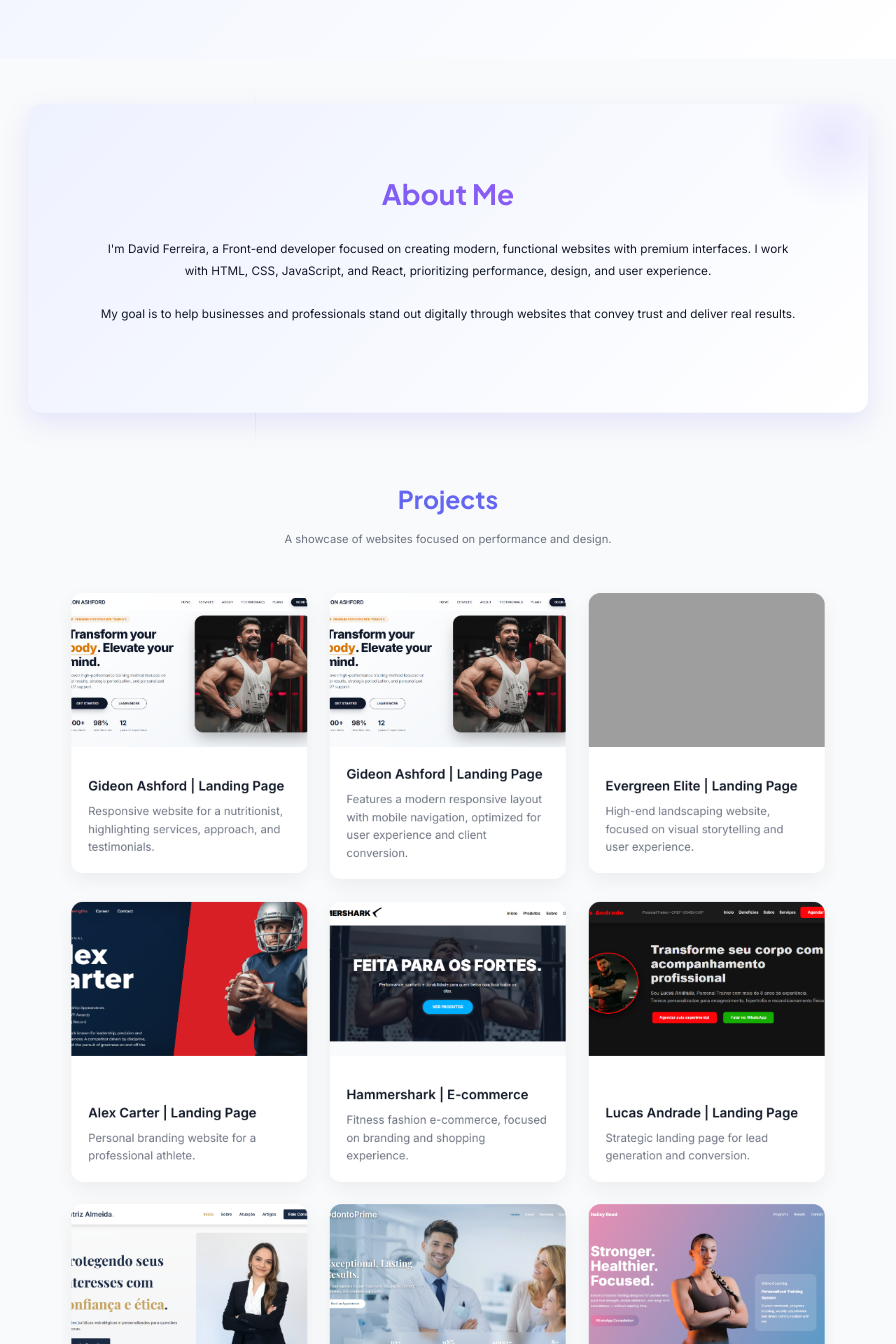
Repository: davidfsillva/portifolio
Page: index.html
These files come from the project's save history. The page is drawn as it stood at one moment and after a run of saves; the edit follows.
The browser window is 1280 px wide. The pictures show the part of the page from y = 636 to 2556 px (the page is 3385 px tall), at 70% of full size.
Pictures or frames that could not be fetched are drawn as grey boxes.

Above is the page before, as saved 2026-02-19 16:45:58.
Console error: TypeError: Cannot read properties of null (reading 'addEventListener')

After the next 2 saves:
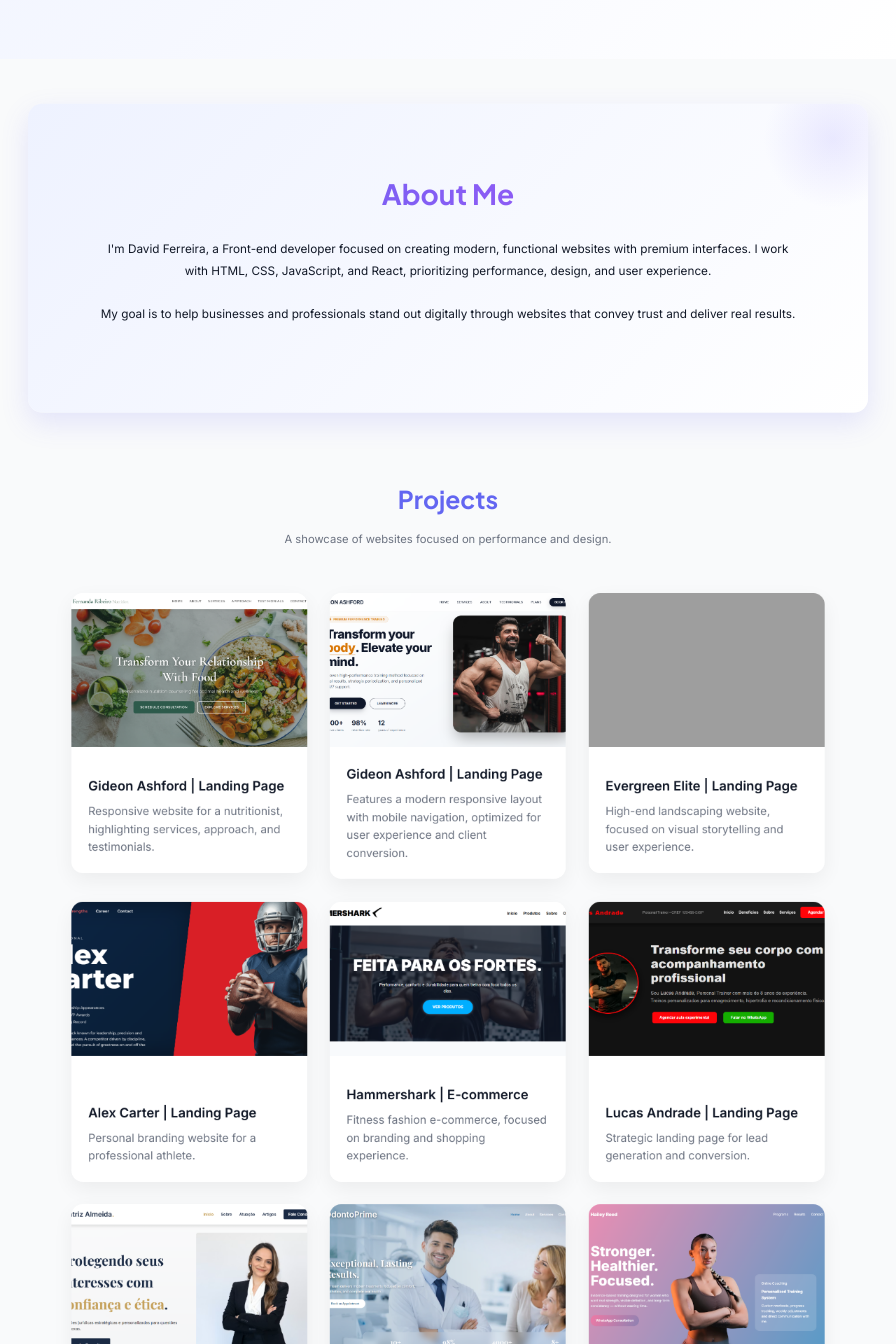
The 2 saves are shown as one change because they came seconds apart.
The last was saved 8 s later.
--- a/index.html
+++ b/index.html
@@ -85,7 +85,7 @@
             <a href="https://davidfsillva.github.io/Fernanda-Ribeiro/" target="_blank" class="project-link">
                 <div class="project-card">
                     <div class="card-image">
-                        <img src="img/gideon.png" alt="Gideon Ashford">
+                        <img src="img/nutri.png" alt="Gideon Ashford">
                         <div class="card-overlay"><span>View Details</span></div>
                     </div>
                     <div class="card-info">
